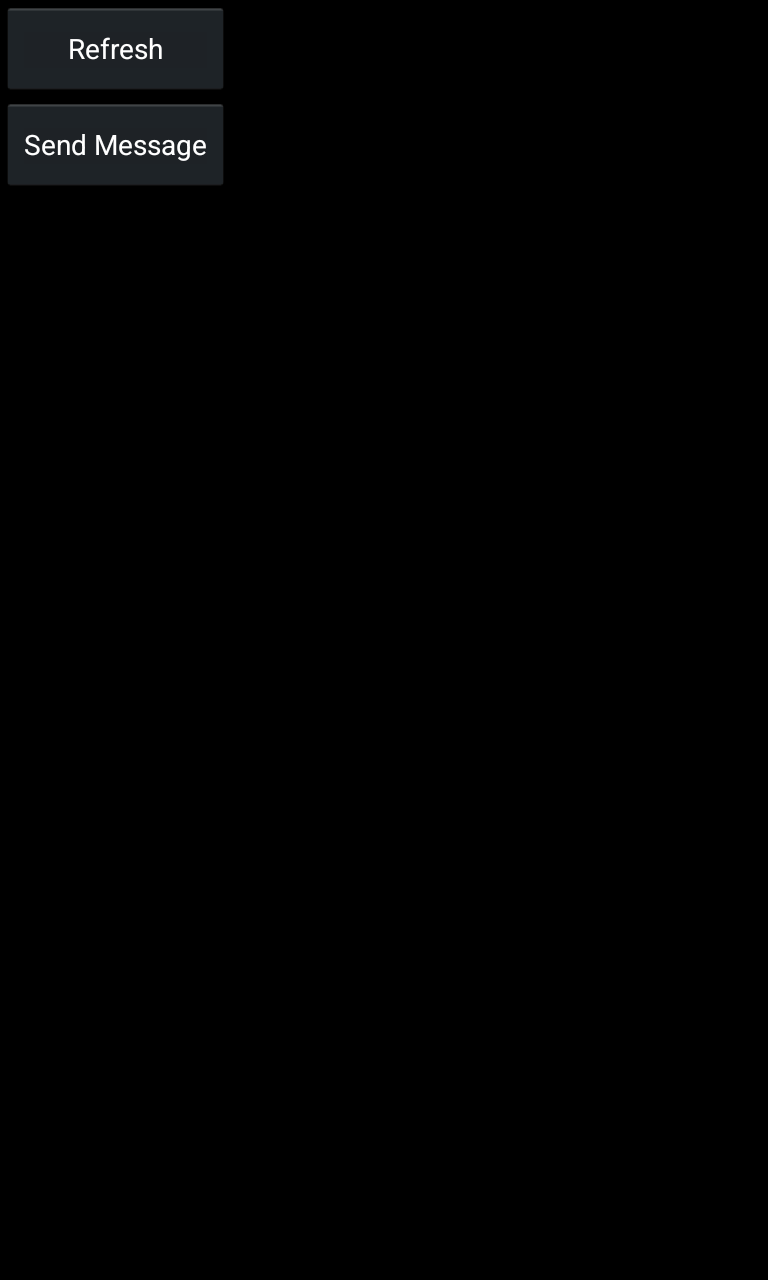
Repository: juanlurie/Android
Layout: HomeCommander/res/layout/dashboard.xml
An editor plug-in stored every save of this project. The layout is shown before and after the next save, followed by the edit.
It is drawn on a 768 x 1280 px phone screen (xhdpi) without system bars, with theme AppTheme; the app's code is not run.

Above is the layout before, as saved 2013-08-16 18:54:48.

After the next save:
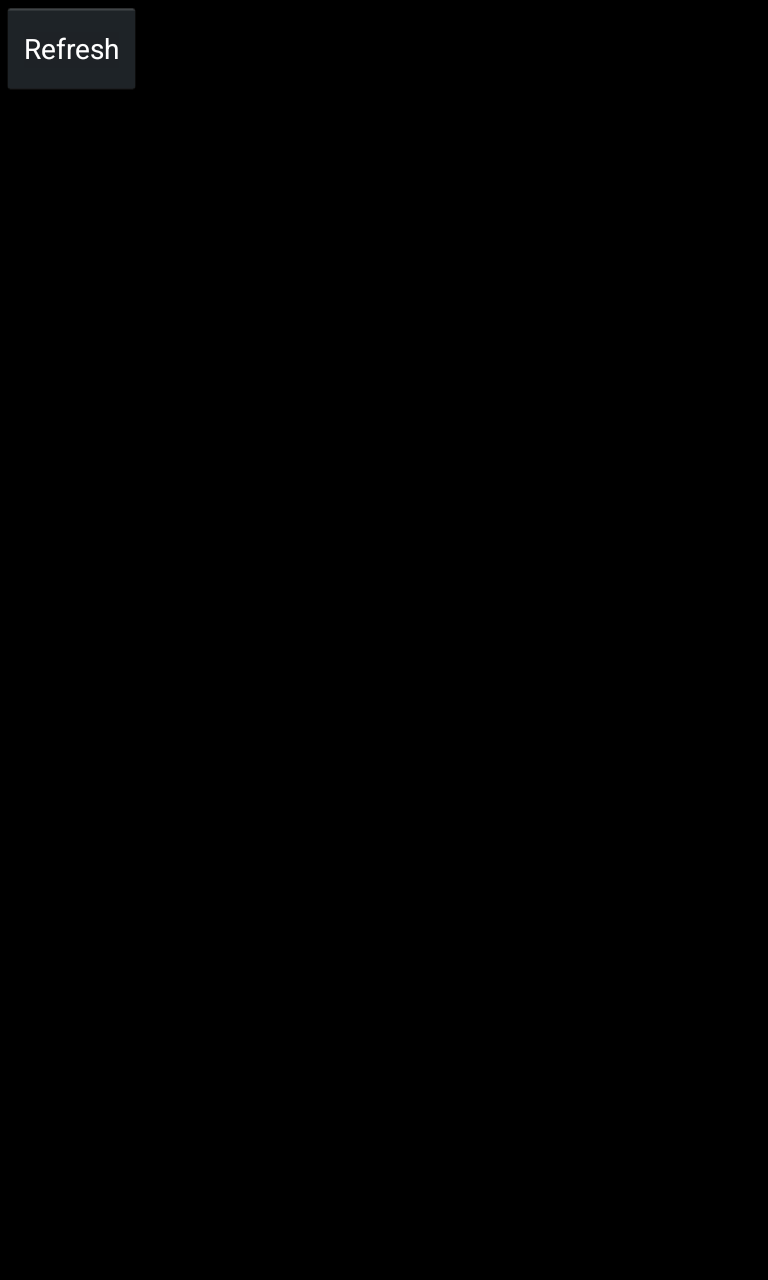
Saved 2 min 29 s later.
--- a/HomeCommander/res/layout/dashboard.xml
+++ b/HomeCommander/res/layout/dashboard.xml
@@ -16,13 +16,7 @@
             android:text="Refresh"
             android:textColor="#FFFFFF" />
 
-         <Button
-            android:id="@+id/sendMessage"
-            style="?android:attr/buttonStyleSmall"
-            android:layout_width="match_parent"
-            android:layout_height="wrap_content"
-            android:text="Send Message"
-            android:textColor="#FFFFFF" />
+
 
         <TextView
             android:id="@+id/nextShutdownTextView"
